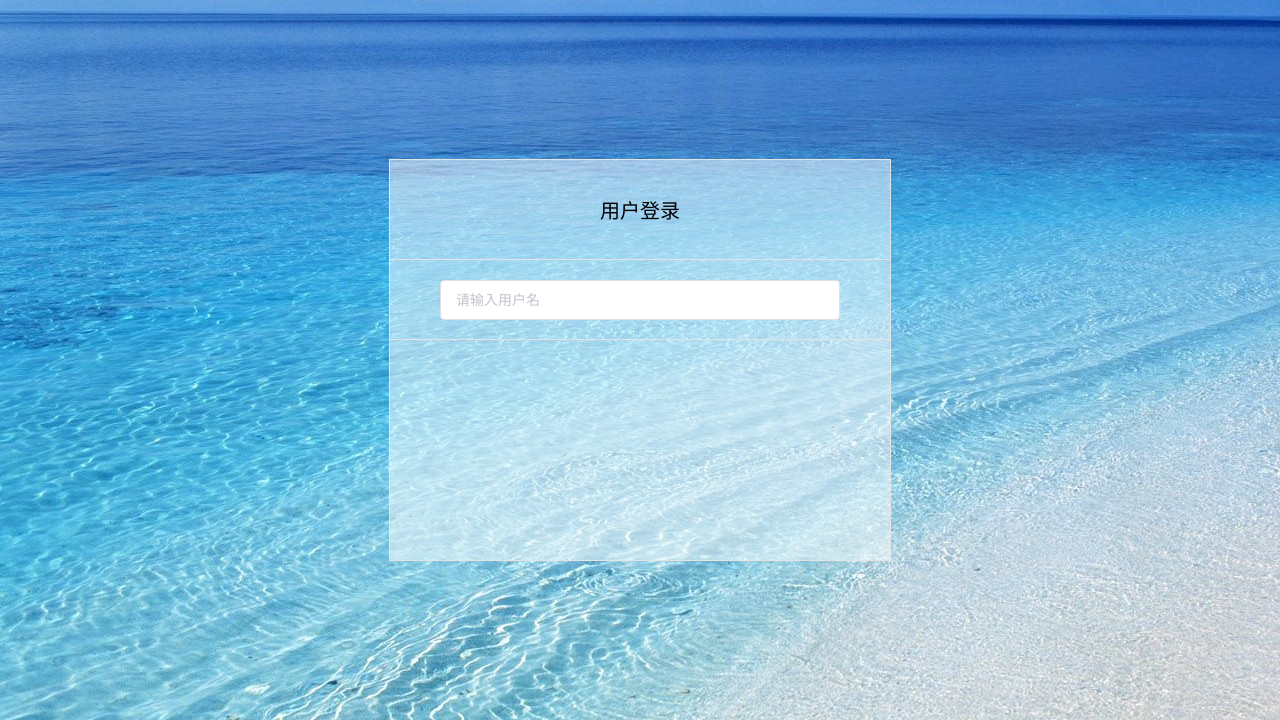
Repository: jinggegeZ/livechat
Page: /login
The author's editor kept a copy of each file at every save. The page is drawn from the files as they stood at one save, then again after the next save.
The browser window is 1280 px wide. The pictures show the whole page.
The project was rebuilt for these pictures with package versions that can differ from the ones it lists, and the page was loaded fresh each time. Also part of the build but not shown: src/views/Home.vue.

Above is the page before, as saved 2020-08-17 15:11:19.

After the next save:
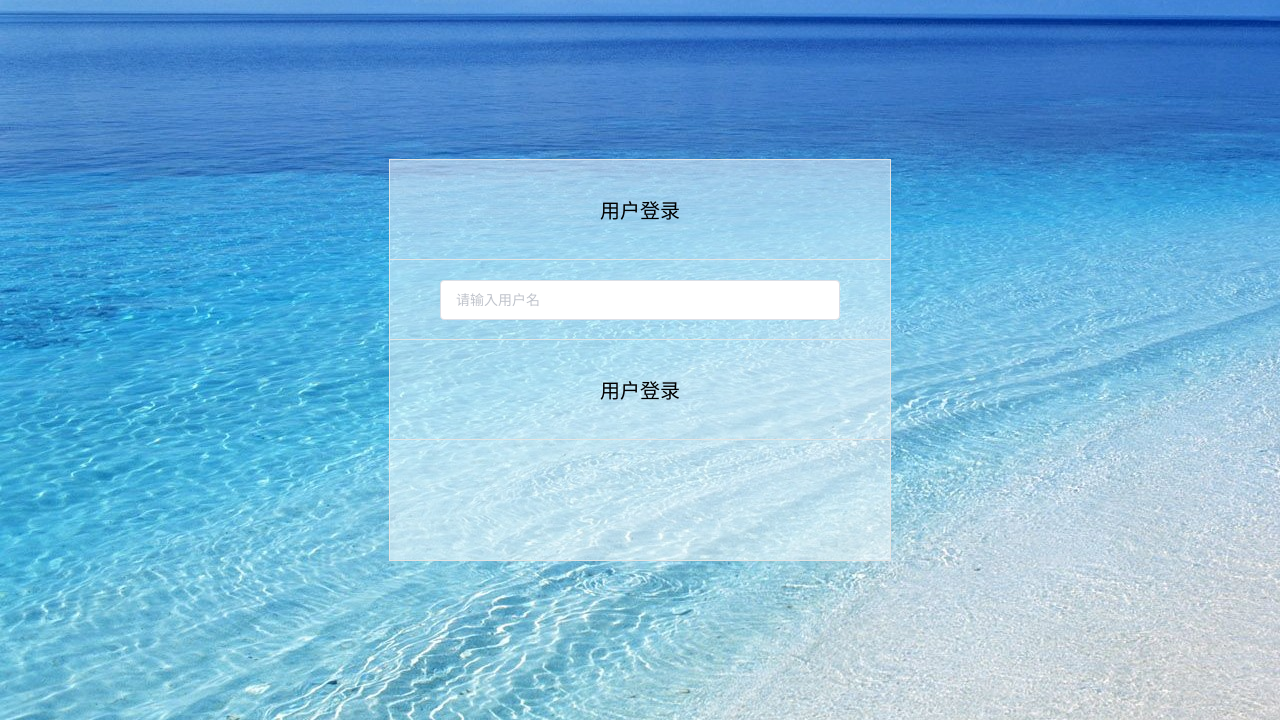
Saved 57 s later.
--- a/src/views/login.vue
+++ b/src/views/login.vue
@@ -9,6 +9,10 @@
           <!-- 用户名 -->
           <div class="input">
             <div class="inputbox"><el-input v-model="username" placeholder="请输入用户名"></el-input></div>
+          </div>
+          <!-- 选择头像 -->
+          <div class="username1">
+            用户登录
           </div>
           <!-- 选择头像 -->
           <div class="imgbox">
@@ -76,6 +80,14 @@
   align-items: center;
   border-bottom: 1px solid rgb(228, 228, 228);
 }
+.username1 {
+  width: 100%;
+  height: 99px;
+  display: flex;
+  justify-content: center;
+  align-items: center;
+  border-bottom: 1px solid rgb(228, 228, 228);
+}
 .input {
   width: 100%;
   height: 79px;
